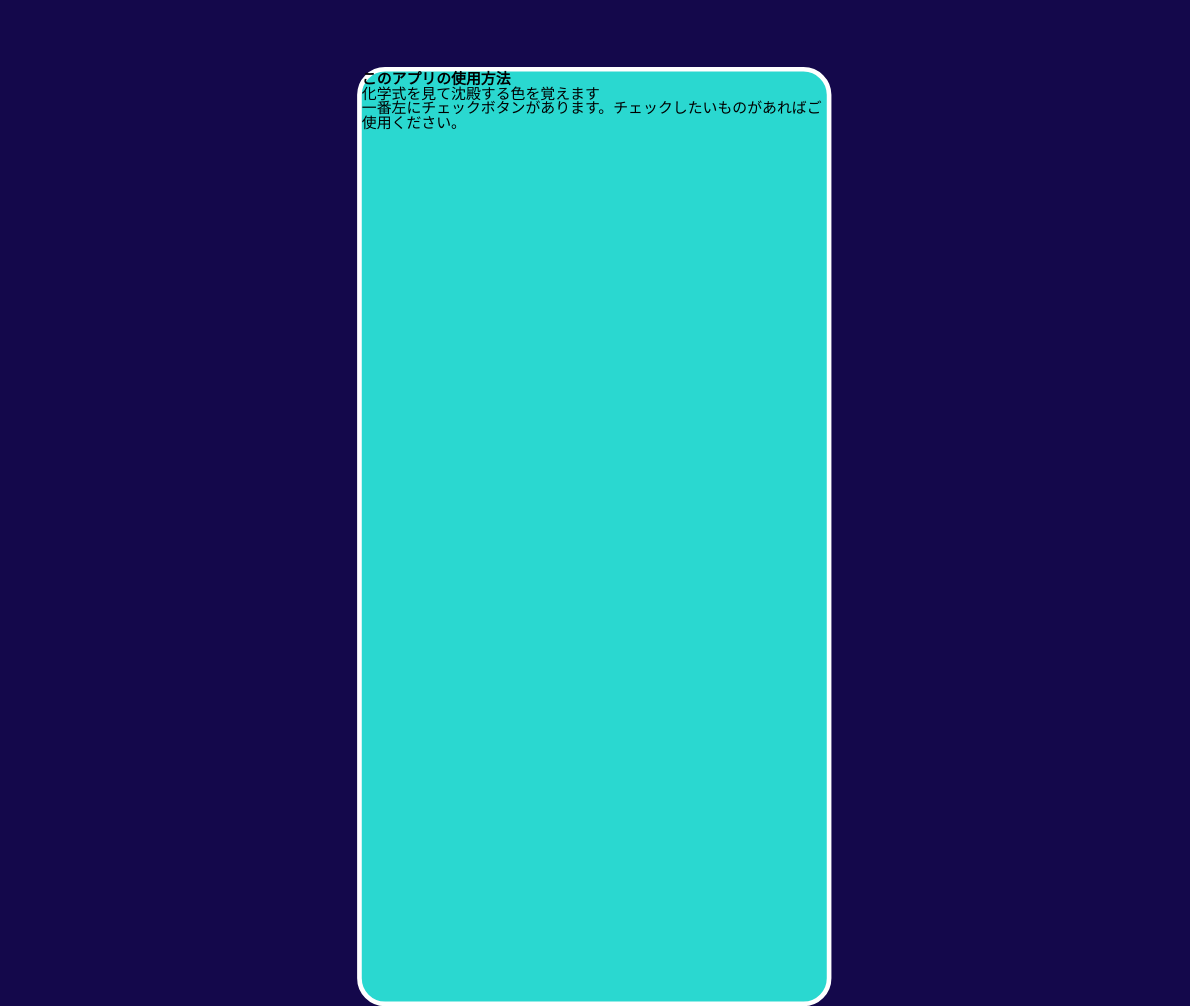
Repository: 1000sky/Inorganic_chemistry_application
Page: http://localhost/explanation
An editor plug-in stored every save of this project. The page is shown before and after the next save, followed by the edit.
The browser window is 1280 px wide. The pictures show the whole page, at 93% of full size.
The page is served by the project's Laravel application, run on PHP 8.4 with Laravel 8. Other server files are loaded and not shown.

Above is the page before, as saved 2022-07-12 19:30:18.

### application/routes/web.php
<?php

use Illuminate\Support\Facades\Route;

/*
|--------------------------------------------------------------------------
| Web Routes
|--------------------------------------------------------------------------
|
| Here is where you can register web routes for your application. These
| routes are loaded by the RouteServiceProvider within a group which
| contains the "web" middleware group. Now create something great!
|
*/

Route::get('/home', function () {
    return view('welcome');
});

Route::get('/dashboard', function () {
    return view('dashboard');
})->middleware(['auth'])->name('dashboard');

require __DIR__.'/auth.php';



Route::get('/', function () {
    return view('index');
});

Route::get('/start', function () {
    return view('start');
})->middleware('auth');

Route::get('/explanation', function () {
    return view('explanation');
});

### application/resources/views/explanation.blade.php
<!DOCTYPE html>
<html lang="ja">
<head>
    <meta charset="UTF-8">
    <meta name="viewport" content="width=device-width, initial-scale=1.0">
    <meta http-equiv="X-UA-Compatible" content="ie=edge">
    <title>Inorganic_chemistry_application</title>
    <link rel="stylesheet" href="css/reset.css" >
    <link rel="stylesheet" href="css/explanation.css" />

</head>
<body>
    <div class=card>
        <div>
        <h2>このアプリの使用方法</h2>
        <p>化学式を見て沈殿する色を覚えます</p>
        <P>一番左にチェックボタンがあります。チェックしたいものがあればご使用ください。</P>




        </div>





    </div>

</body>
</html>

### application/public/css/explanation.css
body {
    background-color: rgb(20, 8, 75);
}

.card {
    position: absolute;
    top: 10%;
    left:30%;
    width: 500px;
    height: 1000px;
    background-color: rgb(42, 216, 208);
    border: solid 5px white;
    border-radius: 30px;
  }

Loaded but not shown: application/routes/auth.php (common file); application/public/css/reset.css (common file)

After the next save:
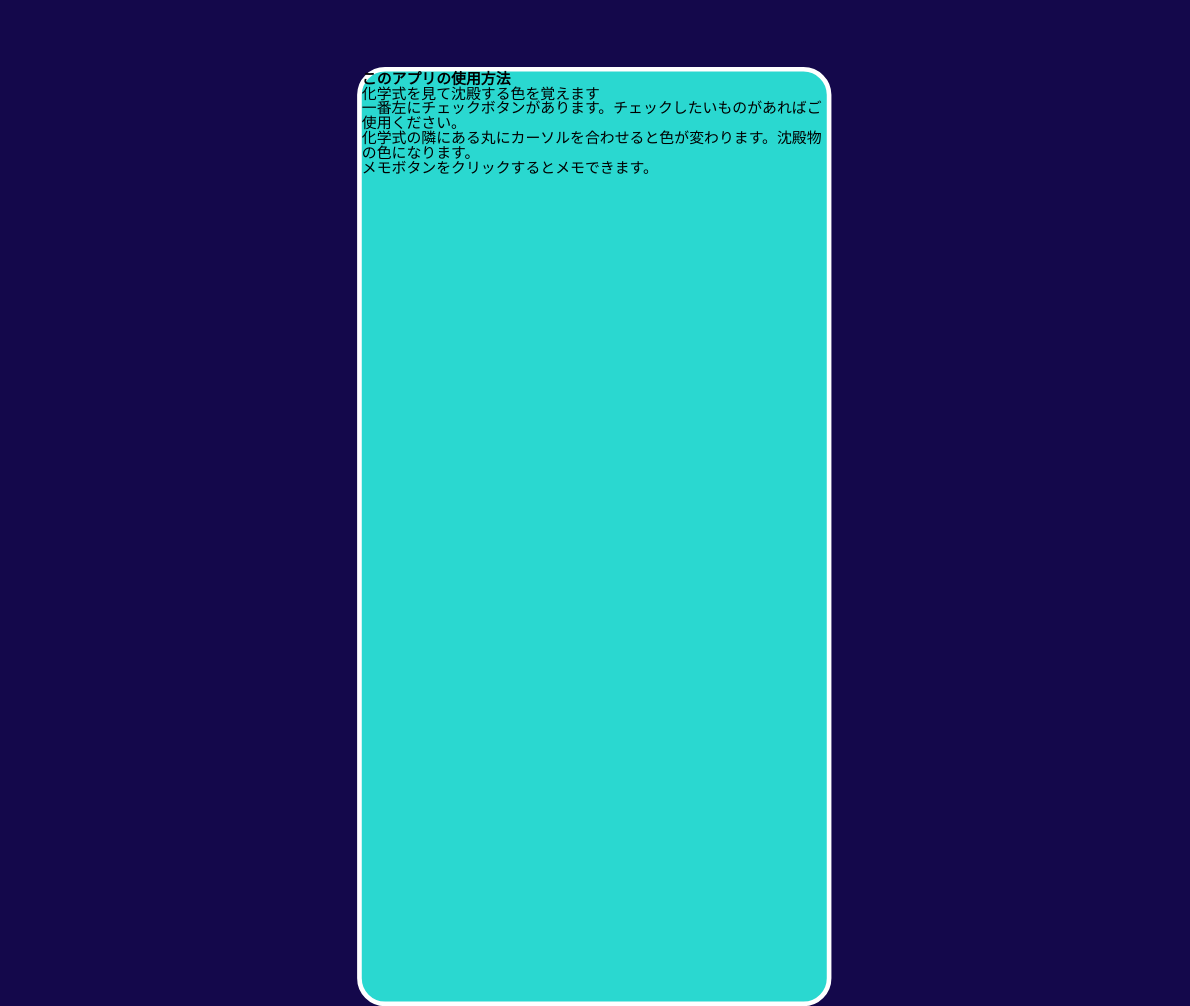
Saved 5 min 18 s later.
--- a/application/resources/views/explanation.blade.php
+++ b/application/resources/views/explanation.blade.php
@@ -15,10 +15,8 @@
         <h2>このアプリの使用方法</h2>
         <p>化学式を見て沈殿する色を覚えます</p>
         <P>一番左にチェックボタンがあります。チェックしたいものがあればご使用ください。</P>
-
-
-
-
+        <P>化学式の隣にある丸にカーソルを合わせると色が変わります。沈殿物の色になります。</P>
+        <P>メモボタンをクリックするとメモできます。</P>
         </div>
 
 
